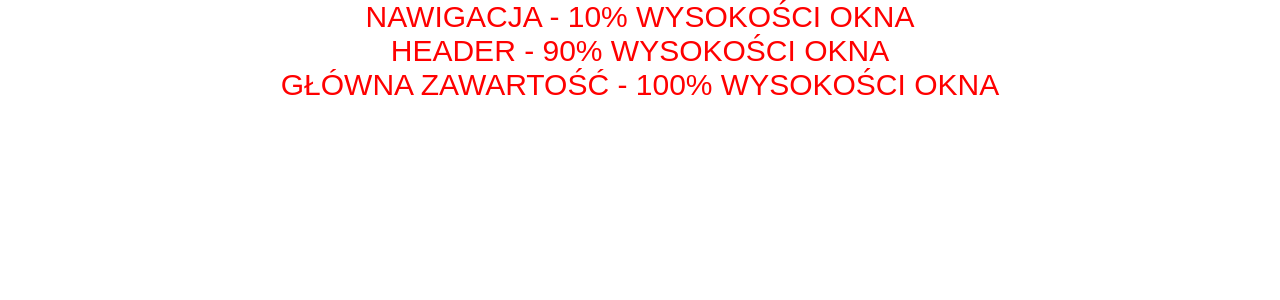
Repository: jasonj2333/advance_CSS
Page: 01-Header, Nav/start.html
The author's editor kept a copy of each file at every save. The page is drawn from the files as they stood at one save, then again after the next save.
The browser window is 1280 px wide. The pictures show the whole page.

Above is the page before, as saved 2019-04-23 18:27:41.

### 01-Header, Nav/start.html
<!DOCTYPE html>
<html lang="pl">

<head>
    <meta charset="UTF-8">
    <title>Najeżdzanie na header, nav przypięty</title>
    <style>
        * {
            margin: 0;
            padding: 0;
            box-sizing: border-box;
        }

        html {
            text-align: center;
            color: red;
            font-size: 30px;
            text-transform: uppercase;
            font-family: arial;

        }
    </style>
</head>

<body>
    <nav>
        Nawigacja - 10% wysokości okna
    </nav>
    <header>
        Header - 90% wysokości okna
    </header>
    <main>
        Główna zawartość - 100% wysokości okna
    </main>
</body>

</html>

After the next save:
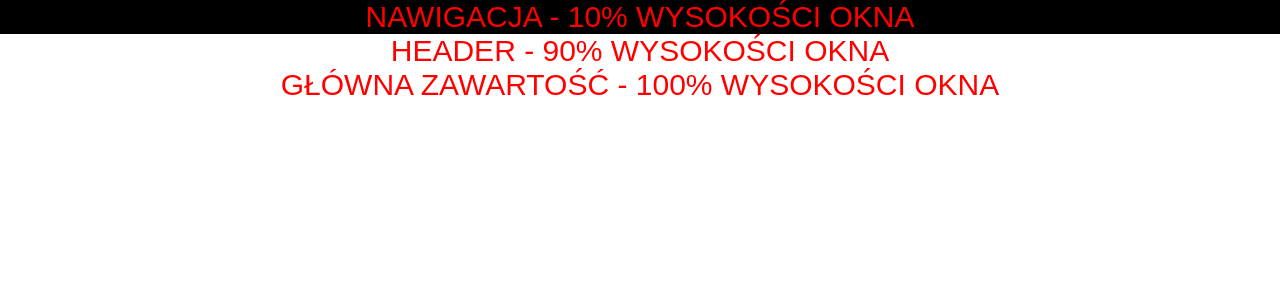
Saved 54 s later.
--- a/01-Header, Nav/start.html
+++ b/01-Header, Nav/start.html
@@ -19,6 +19,10 @@
             font-family: arial;
 
         }
+
+        nav {
+            background-color: #000;
+        }
     </style>
 </head>
 
